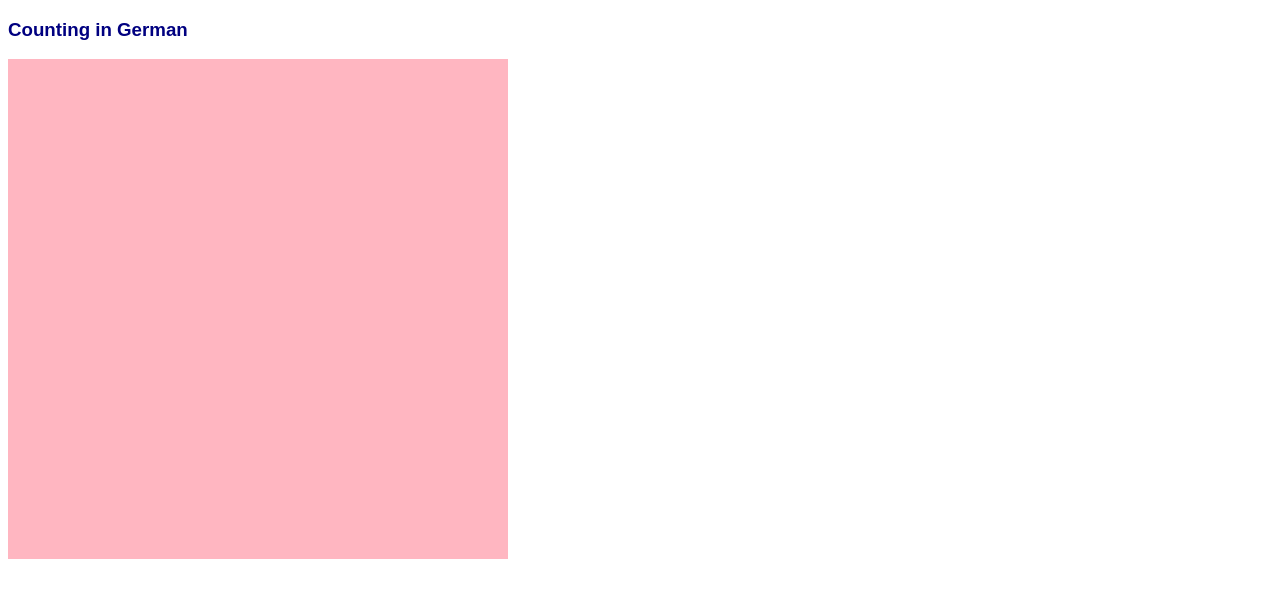
Repository: salonieshah/thesis
Page: bar-chart-vue-d3/index.html
The author's editor kept a record of every edit. The page is drawn from the files as they stood at one moment, then again after the next edit.
The browser window is 1280 px wide. The pictures show the whole page.

Above is the page before.

### bar-chart-vue-d3/index.html
<!DOCTYPE html>
<html>

<head>
  <meta charset="utf-8">
  <title>Simple Vue Bar Chart</title>
  <link rel="stylesheet" href="style.css">
  <!-- provided some basic styles, which elements are transitioned might be interesting to look at -->
  <script src="https://d3js.org/d3.v5.min.js"></script>
  <!-- D3 here -->
  <script src="https://cdn.jsdelivr.net/npm/vue/dist/vue.js"></script>
  <!-- and Vue here -->
</head>

<body>
  <!-- This is our container div, that we will reference in our script-->
  <div id="bars">
    <div id="center">
      <h3>{{ chartTitle }}</h3>
    </div>
    <svg :height="svgHeight"  :width="svgHeight" >
    <!--<svg v-bind:height="svgHeight"> --> <!--Adding : or v-bind and colon can connect it to attribute-->

        <!--<rect x="10" y="10" width="40" height="100"/> -->
       <rect v-for="(element, index) in data"
          :height="element.val*50"
          :width="30"
          :x="index*35"
          :y="svgHeight-element.val*50"
          fill="navy"
    </svg>
  </div>
  <!-- It’s important that your script is at the bottom of your body,
  because we need the DOM to be ready-->
  <script src="script.js"></script>
</body>

</html>

### bar-chart-vue-d3/style.css
html {
  font-family: Arial, Helvetica, sans-serif;
  font-weight: 900;
  color: navy
}

#bars {
  margin: 0 auto;
}

svg {
  background-color: lightpink;
}

rect {
  transition: all 0.4s ease-in-out 0.4s;
}

### bar-chart-vue-d3/script.js
/* global Vue */

var app = new Vue({
  // This is the id of our referenced div-element
  // only this element and everything in it
  // will be connected to the data
  el: '#bars',
  data: {
    chartTitle: "Counting in German",
    svgHeight: 500,
    data: [
      { name: "eins", val: 1 },
      { name: "zwei", val: 2 },
      { name: "drei", val: 3 },
      { name: "vier", val: 4 },
      { name: "fünf", val: 5 }
    ]
  }
})

After the next edit:
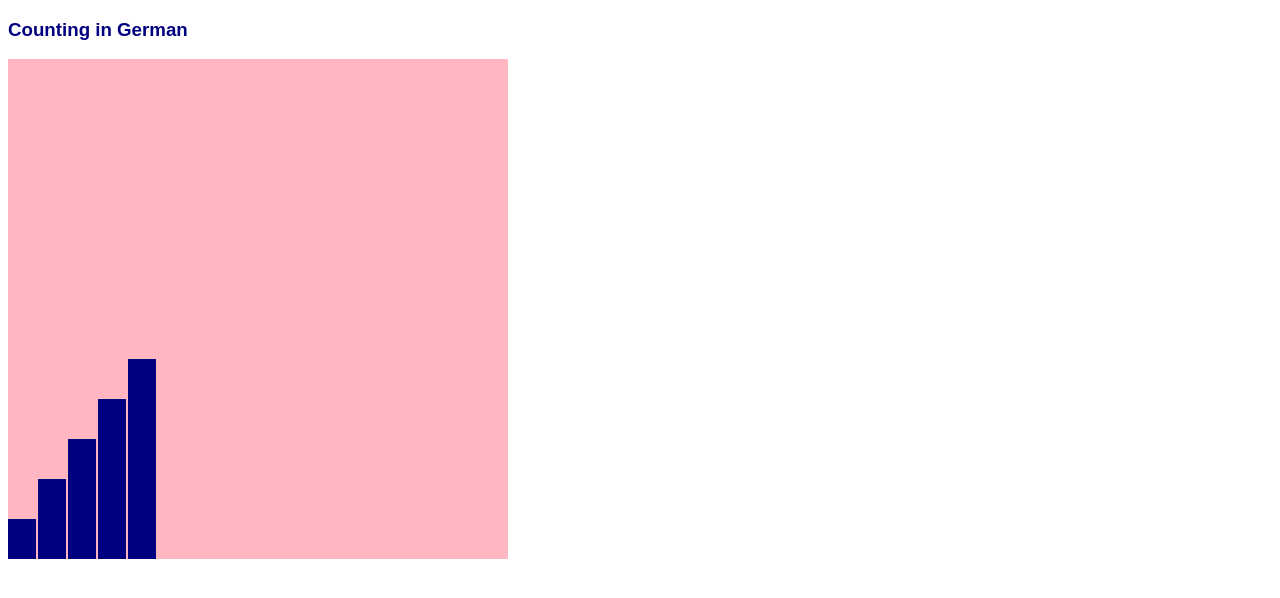
The edit:
--- a/bar-chart-vue-d3/index.html
+++ b/bar-chart-vue-d3/index.html
@@ -23,11 +23,12 @@
 
         <!--<rect x="10" y="10" width="40" height="100"/> -->
        <rect v-for="(element, index) in data"
-          :height="element.val*50"
-          :width="30"
-          :x="index*35"
-          :y="svgHeight-element.val*50"
+          :height="element.val*40"
+          :width="28"
+          :x="index*30"
+          :y="svgHeight-element.val*40"
           fill="navy"
+        />
     </svg>
   </div>
   <!-- It’s important that your script is at the bottom of your body,
